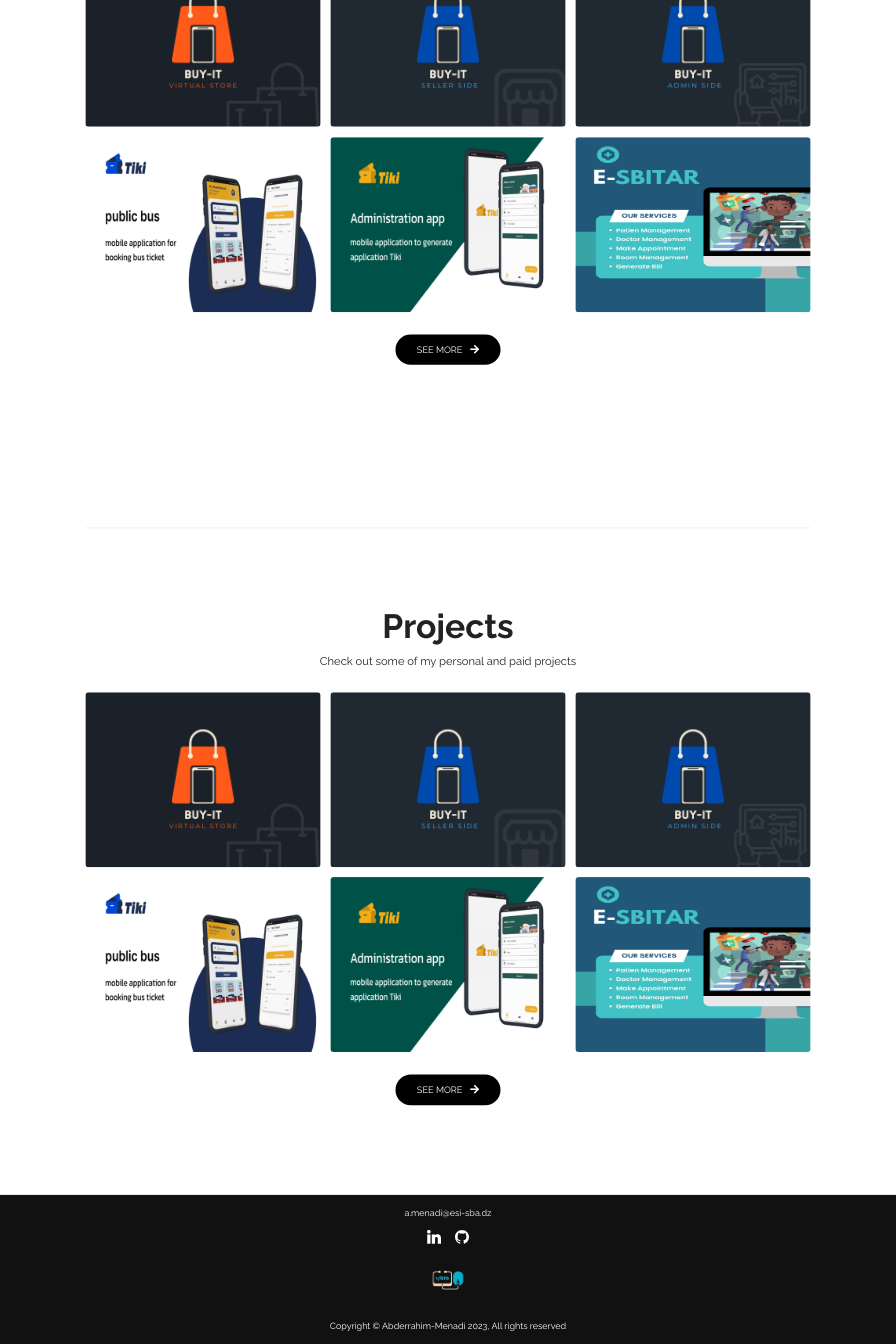
Repository: rahimmenadi/My-Website
Page: index.html
These files come from the project's save history. The page is drawn as it stood at one moment and after the next save; the edit follows.
The browser window is 1280 px wide. The pictures show the part of the page from y = 1940 to 3860 px (the page is 3860 px tall), at 70% of full size.
The page's requests for data from a server got no answer.

Above is the page before, as saved 2023-11-07 09:53:25.

### index.html
<!DOCTYPE html>
<html lang="en">
  <head>
    <meta charset="UTF-8" />
    <meta http-equiv="X-UA-Compatible" content="IE=edge" />
    <meta name="viewport" content="width=device-width, initial-scale=1.0" />
    <title>Abderrahim website</title>
    <!-- Primary Meta Tags -->


    <!-- Open Graph / Facebook -->

    <!-- Twitter -->


    <!-- Link -->
    <link
      rel="apple-touch-icon"
      sizes="180x180"

    />
    <link
      rel="icon"

    />
    <link
      rel="icon"
    />
    <link
      rel="icon"

    />
    <link
      rel="icon"
      type="image/png"
      sizes="512x512"

    />
    <link rel="icon" type="image/x-icon" style="width: 10px;" href="assets/favicon/favicon.ico" />
    <link rel="manifest" href="assets/favicon/site.webmanifest" />
    <link
      rel="stylesheet"
      href="https://use.fontawesome.com/releases/v5.15.4/css/all.css"
      integrity="sha384-DyZ88mC6Up2uqS4h/KRgHuoeGwBcD4Ng9SiP4dIRy0EXTlnuz47vAwmeGwVChigm"
      crossorigin="anonymous"
    />
    <link rel="stylesheet" href="css/style.css" />
    <link rel="stylesheet" href="css/utilities.css" />
    <link rel="stylesheet" href="css/skills.css">*
    <link rel="stylesheet" href="css/spiner.css">
  </head>
  <body>
     <div class="loader-warapper">
    <svg role="img" aria-label="Mouth and eyes come from 9:00 and rotate clockwise into position, right eye blinks, then all parts rotate and merge into 3:00" class="smiley" viewBox="0 0 128 128" width="128px" height="128px">
      <defs>
        <clipPath id="smiley-eyes">
          <circle class="smiley__eye1" cx="64" cy="64" r="8" transform="rotate(-40,64,64) translate(0,-56)" />
          <circle class="smiley__eye2" cx="64" cy="64" r="8" transform="rotate(40,64,64) translate(0,-56)" />
        </clipPath>
        <linearGradient id="smiley-grad" x1="0" y1="0" x2="0" y2="1">
          <stop offset="0%" stop-color="#000" />
          <stop offset="100%" stop-color="#fff" />
        </linearGradient>
        <mask id="smiley-mask">
          <rect x="0" y="0" width="128" height="128" fill="url(#smiley-grad)" />
        </mask>
      </defs>
      <g stroke-linecap="round" stroke-width="12" stroke-dasharray="175.93 351.86">
        <g>
          <rect fill="hsl(193,90%,50%)" width="128" height="64" clip-path="url(#smiley-eyes)" />
          <g fill="none" stroke="hsl(193,90%,50%)">
            <circle class="smiley__mouth1" cx="64" cy="64" r="56" transform="rotate(180,64,64)" />
            <circle class="smiley__mouth2" cx="64" cy="64" r="56" transform="rotate(0,64,64)" />
          </g>
        </g>
        <g mask="url(#smiley-mask)">
          <rect fill="hsl(223,90%,50%)" width="128" height="64" clip-path="url(#smiley-eyes)" />
          <g fill="none" stroke="hsl(223,90%,50%)">
            <circle class="smiley__mouth1" cx="64" cy="64" r="56" transform="rotate(180,64,64)" />
            <circle class="smiley__mouth2" cx="64" cy="64" r="56" transform="rotate(0,64,64)" />
          </g>
        </g>
      </g>
    </svg>
    <div class="lottie-player">
      <script src="https://unpkg.com/@lottiefiles/lottie-player@latest/dist/lottie-player.js"></script>
      <lottie-player src="https://assets10.lottiefiles.com/packages/lf20_5s1rumi5.json" background="transparent" speed="2.35" style="width: 250px; height: 300px;" loop autoplay></lottie-player>
    </div>

  </div>
    <header id="hero">
      <!-- Navbar -->
      <nav class="navbar">
        <div class="container">
          <!-- Logo -->
          <h1 id="logo">
            <a href="index.html"
              ><img src="./assets/my-logo.png" alt="Your Logo"
            /></a>
          </h1>
          <!-- Navbar links -->
          <ul class="nav-menu">
            <li><a class="nav-link" href="#projects">PROJECTS</a></li>
            <li><a class="nav-link" href="#">CONTACT</a></li>
            <li><a class="nav-link" href="#">BlOG</a></li>
            <li>
              <a
                class="nav-link btn btn-primary"
                href="https://drive.google.com/file/d/17N6exdY6zeIP8P_hAs873j1iEnbZUKpu/view?usp=drive_link"
                >RESUME <i class="fas fa-arrow-right"></i
              ></a>
            </li>

            <!-- Toggle switch -->
            <div class="theme-switch">
              <input type="checkbox" id="switch" />
              <label class="toggle-icons" for="switch">
                <img class="moon" src="assets/moon.svg" />
                <img class="sun" src="assets/sun.svg" />
              </label>
            </div>
            <!-- Hamburger menu -->
          </ul>
          <div class="hamburger">
            <span class="bar"></span>
            <span class="bar"></span>
            <span class="bar"></span>
          </div>
        </div>
      </nav>

      <section class="header-container">
        <img
          class="profile-image"
          src="assets/profile.jpg"
          alt=""
        />
        <h1>Hi I'm Abderrahim Menadi <span class="wave">👋</span></h1>

        <div class="content-text">
          <h2>About Me</h2>
          <h2>Junior Front-End Web Developer.</h2>

          <p>
            I’m a Frontend Developer with a strong understanding of Responsive Web Design
             and have demonstrated past work experience working in the frontend development industry.
          </p>
        </div>
        <a
                class="nav-link btn btn-primary"
                href="https://linktr.ee/abderrahimmeandi"
                >Connect With Me <i class="fas fa-arrow-right"></i
              ></a>





      </section>
    </header>
    <section id="projectsskills" class="project-container container">
      <div class="division"></div>
      <div class="content-text">
        <h2>Skills</h2>
        <p>Check out some of my Skills And Tools That i use</p>
      </div>
 <article class="project1">

        <!-- Project 1 -->
        <div class="content">
          <div class="profile-skills">
            <div>
              <input type="checkbox" id="sk1">
              <label for="sk1"></label>
              <ul class="skills skills1">
                <li class="sk-cms"><span>HTML</span></li>
                <li class="sk-dtb"><span>CSS</span></li>
                <li class="sk-dis"><span>JS</span></li>
                <li class="sk-pro"><span>Java</span></li>
                <li class="sk-ani"><span>SQL</span></li>
                <li class="more">
                  <input type="checkbox" id="more-con"><label for="more-con"></label>
                  <div><span>RWD</span><span>Animation</span><span>CHARTS</span><span>API</span><span>BE Linker</span><span>BDD</span></div>
                </li>
              </ul>
            </div>
            <div>
            <input type="checkbox" id="sk2">
            <label for="sk2"></label>
            <ul class="skills skills2">
              <li class="sk-gim"><span>VS-code</span></li>
              <li class="sk-not"><span>Android Studio</span></li>
              <li class="sk-wor"><span>Github</span></li>
              <li class="sk-tri"><span>figma</span></li>
              <li class="sk-ado"><span>MySQL Workbench</span></li>

              <li class="more">
                <input type="checkbox" id="more-pro"><label for="more-pro"></label>
                <div><span>GIT</span><span>Firebase</span><span>IntelliJ IDEA</span><span>Visual paradigm</span></div>
              </li>
            </ul>
            </div>

        </div>
      </article>


    </section>

    <!-- Projects -->
    <section id="projects" class="project-container container">
      <div class="division"></div>
      <div class="content-text">
        <h2>Projects</h2>
        <p>Check out some of my personal and paid projects</p>
      </div>

      <article class="project">
        <!-- Project 1 -->
        <div href="" class="card">
          <div class="project-info">
            <div class="project-bio">
              <h3>Buy-it</h3>
              <p>HTML, CSS, SASS, JS, Node-JS</p>
            </div>

            <div class="project-link">
              <a href="https://github.com/rahimmenadi/projectx" target="_blank"><i class="fab fa-github"></i></a>
              <a href="https://buy-it-client.pages.dev/" target="_blank"><i class="fas fa-globe"></i></a>
            </div>
          </div>
        </div>

        <!-- Project 2 -->
        <div href="" class="card">
          <div class="project-info">
            <div class="project-bio">
              <h3>Buy-it Seller Side</h3>
              <p>HTML, CSS, SASS, JS, Node-JS</p>
            </div>

            <div class="project-link">
              <a href="https://github.com/rahimmenadi/projectx" target="_blank"><i class="fab fa-github"></i></a>
              <a href="#" target="_blank"><i class="fas fa-globe"></i></a>
            </div>
          </div>
        </div>

        <!-- Porject 3 -->
        <div href="" class="card">
          <div class="project-info">
            <div class="project-bio">
              <h3>Buy-it Admin Side</h3>
              <p>HTML, CSS, SASS, JS, Node-JS</p>
            </div>

            <div class="project-link">
              <a href="https://github.com/rahimmenadi/projectx" target="_blank"><i class="fab fa-github"></i></a>
              <a href="#" target="_blank"><i class="fas fa-globe"></i></a>
            </div>
          </div>
        </div>

        <!-- Project 4 -->
        <div href="" class="card">
          <div class="project-info">
            <div class="project-bio">
              <h3>Tiki</h3>
              <p>Java,  Firebase</p>
            </div>

            <div class="project-link">
              <a href="https://github.com/rahimmenadi/Tiki" target="_blank"><i class="fab fa-github"></i></a>
              <a href="https://mega.nz/file/mu5gybiB#gw8IHSz2v9bFG0ZwwQFL_AMZv8WIdCRUhiW0hA_XVq8" target="_blank"><i class="fas fa-globe"></i></a>
            </div>
          </div>
        </div>

        <!-- Project 5 -->
        <div href="" class="card">
          <div class="project-info">
            <div class="project-bio">
              <h3>Tiki Admin</h3>
              <p>Java,  Firebase</p>
            </div>

            <div class="project-link">
              <a href="https://github.com/rahimmenadi/Tiki" target="_blank"><i class="fab fa-github"></i></a>
              <a href="https://mega.nz/file/K7xAAYyK#4BQzPwOJpC8L00cKX2bVBURrUfcqUJ3T-dvLVdOQe9E" target="_blank"><i class="fas fa-globe"></i></a>
            </div>
          </div>
        </div>

        <!-- Project 6 -->
        <div href="" class="card">
          <div class="project-info">
            <div class="project-bio">
              <h3>E-sbitar</h3>
              <p>JavaFX, CSS, SQL</p>
            </div>

            <div class="project-link">
              <a href="https://github.com/rahimmenadi/E-SBITAR" target="_blank"><i class="fab fa-github"></i></a>
              <a href="https://drive.google.com/drive/folders/1nvo8g8NKInz3Hvw1Pheuo8E3XhV_Ej0T?usp=drive_link" target="_blank"><i class="fas fa-globe"></i></a>
            </div>
          </div>
        </div>
      </article>

      <a href="https://github.com/rahimmenadi" class="btn btn-secondary"
        target="_blank" >See More <i class="fas fa-arrow-right"></i
      ></a>
    </section>
     <!-- Projects -->
     <section id="projects" class="project-container container">
      <div class="division"></div>
      <div class="content-text">
        <h2>Projects</h2>
        <p>Check out some of my personal and paid projects</p>
      </div>

      <article class="project">
        <!-- Project 1 -->
        <div href="" class="card">
          <div class="project-info">
            <div class="project-bio">
              <h3>Buy-it</h3>
              <p>HTML, CSS, SASS, JS, Node-JS</p>
            </div>

            <div class="project-link">
              <a href="https://github.com/rahimmenadi/projectx" target="_blank"><i class="fab fa-github"></i></a>
              <a href="https://buy-it-client.pages.dev/" target="_blank"><i class="fas fa-globe"></i></a>
            </div>
          </div>
        </div>

        <!-- Project 2 -->
        <div href="" class="card">
          <div class="project-info">
            <div class="project-bio">
              <h3>Buy-it Seller Side</h3>
              <p>HTML, CSS, SASS, JS, Node-JS</p>
            </div>

            <div class="project-link">
              <a href="https://github.com/rahimmenadi/projectx" target="_blank"><i class="fab fa-github"></i></a>
              <a href="#" target="_blank"><i class="fas fa-globe"></i></a>
            </div>
          </div>
        </div>

        <!-- Porject 3 -->
        <div href="" class="card">
          <div class="project-info">
            <div class="project-bio">
              <h3>Buy-it Admin Side</h3>
              <p>HTML, CSS, SASS, JS, Node-JS</p>
            </div>

            <div class="project-link">
              <a href="https://github.com/rahimmenadi/projectx" target="_blank"><i class="fab fa-github"></i></a>
              <a href="#" target="_blank"><i class="fas fa-globe"></i></a>
            </div>
          </div>
        </div>

        <!-- Project 4 -->
        <div href="" class="card">
          <div class="project-info">
            <div class="project-bio">
              <h3>Tiki</h3>
              <p>Java,  Firebase</p>
            </div>

            <div class="project-link">
              <a href="https://github.com/rahimmenadi/Tiki" target="_blank"><i class="fab fa-github"></i></a>
              <a href="https://mega.nz/file/mu5gybiB#gw8IHSz2v9bFG0ZwwQFL_AMZv8WIdCRUhiW0hA_XVq8" target="_blank"><i class="fas fa-globe"></i></a>
            </div>
          </div>
        </div>

        <!-- Project 5 -->
        <div href="" class="card">
          <div class="project-info">
            <div class="project-bio">
              <h3>Tiki Admin</h3>
              <p>Java,  Firebase</p>
            </div>

            <div class="project-link">
              <a href="https://github.com/rahimmenadi/Tiki" target="_blank"><i class="fab fa-github"></i></a>
              <a href="https://mega.nz/file/K7xAAYyK#4BQzPwOJpC8L00cKX2bVBURrUfcqUJ3T-dvLVdOQe9E" target="_blank"><i class="fas fa-globe"></i></a>
            </div>
          </div>
        </div>

        <!-- Project 6 -->
        <div href="" class="card">
          <div class="project-info">
            <div class="project-bio">
              <h3>E-sbitar</h3>
              <p>JavaFX, CSS, SQL</p>
            </div>

            <div class="project-link">
              <a href="https://github.com/rahimmenadi/E-SBITAR" target="_blank"><i class="fab fa-github"></i></a>
              <a href="https://drive.google.com/drive/folders/1nvo8g8NKInz3Hvw1Pheuo8E3XhV_Ej0T?usp=drive_link" target="_blank"><i class="fas fa-globe"></i></a>
            </div>
          </div>
        </div>
      </article>

      <a href="https://github.com/rahimmenadi" class="btn btn-secondary"
        target="_blank" >See More <i class="fas fa-arrow-right"></i
      ></a>
    </section>


    <footer id="footer">
      <div class="container">
        <a href="mailto:a.menadi@esi-sba.dz">a.menadi@esi-sba.dz</a>
        <!-- Social links -->
        <div class="social">

          <a href="https://www.linkedin.com/in/abderrahim-menadi/" target="_blank"
            ><img src="./assets/linkedin-icon.svg" alt="Linkedin"
          /></a>
          <a href="https://github.com/rahimmenadi" target="_blank"><img src="./assets/github-icon.svg" alt="GitHub" /></a>

        </div>
        <!-- Attribution -->
        <div class="attribution">

            <img
              src="/assets/my-logo.png"
              alt="attribution"
              width="80px"

            />

        </div>
        <p>Copyright &copy; Abderrahim-Menadi <span id="datee"></span>, All rights reserved</p>
      </div>
    </footer>
    <script src="https://code.jquery.com/jquery-3.6.0.min.js"></script>

    <script src="js/script.js"></script>
    <script>
      setTimeout(function(){
        $('.loader-warapper').fadeToggle();

      },2700);
    </script>

  </body>
</html>

### css/utilities.css
/* ?This is where reusable styling of this template will be.
   !Will contain things like:
   * Button styling
   * Background color styling
   * padding and margin
*/

.container {
  max-width: var(--width-medium);
  margin: 0 auto;
  padding: 1rem 2rem;
}

h1::selection,
h2::selection {
  color: #111;
  background: var(--primary-color);
}

/* Buttons */
.btn {
  display: inline-block;
  padding: 0.75rem 1.9rem;
  border-radius: 30px;
  text-transform: uppercase;
  font-size: 0.82rem;
  transition: 0.3s;
}


.btn-primary {
  background: var(--primary-color);
  color: #000000;
  font-weight:700 ;
}

.btn-secondary {
  margin: 5px 0;
  background-color: var(--bg-secondary);
  color: var(--bg-primary);
}

/* add hover to resume button */
.btn-primary:hover {
  background: var(--secondary-color);
}


/* Dark mode toggle */
#switch {
  display: none;
}

.toggle-icons {
  display: flex;
  justify-content: space-between;
  align-items: center;
  cursor: pointer;
}

.toggle-icons > img {
  transition: 0.6s cubic-bezier(0.23, 1, 0.32, 1);
  width: 30px;
}

.moon {
  transform: rotate(10deg);
}

#switch:checked + .toggle-icons .moon {
  transform: rotate(250deg);
}

#switch:checked + .toggle-icons .sun {
  transform: rotate(100deg);
}

/* Header Container */
.header-container {
  display: flex;
  flex-direction: column;
  align-items: center;
  justify-content: center;
  margin-top: 8rem;
  padding: 1rem;
}

.header-container > div {
  margin-top: 1rem;
}

.content-text {
  text-align: center;
  margin: 1.5rem 0;
}

.content-text h2 {
  font-size: 3rem;
  line-height: 1.2;
  transition: 0.2s ease-in-out;
}

.content-text p {
  padding: 0.5rem;
  margin: 0 auto;
  max-width: 700px;
}

/* Project cards */
.card {
  padding: 1rem;
  background: var(--card-background);
  color: #ffffff;
  border-radius: 5px;
  transition: 0.4s ease-in-out;
  cursor: pointer;
}

.card a {
  color: #ffffff;
  transition: 0.25s ease-in-out;
  font-size: 1.1rem;
  margin-right: 0.3rem;
}

.card a:hover {
  color: var(--primary-color);
}

.card:hover {
  box-shadow: inset 0 100px 1000px 10px rgba(0, 0, 0, 0.8);
}

.card:hover .project-info {
  opacity: 1;
}

/* Project Images */

/* project 1 */
.card:nth-child(1) {

  background: url(../assets/project/buy-it.png) center center/cover;
}

/* Project 2 */
.card:nth-child(2) {
  background: url(../assets/project/seller-it.png) center center/cover;
}

/* Project 3 */
.card:nth-child(3) {
  background: url(../assets/project/admin-it.png) center center/cover

}

/* Project 4 */
.card:nth-child(4) {
  background: url(../assets/project/tkiii.png) center center/cover;
}

/* Project 5 */
.card:nth-child(5) {
  background: url(../assets/project/tiki-admin3.png) center center/cover;
}

/* Project 6 */
.card:nth-child(6) {
  background: url(../assets/project/e-sbitar.png) center center/cover;
}

/* Media Queries */
@media (max-width: 768px) {
  .header-container {
    margin-top: 7rem;
    text-align: center;
  }

  .content-text h2 {
    font-size: 2.5rem;
  }
}

### css/spiner.css

.loader-warapper{
    width: 100%;
    height: 100%;
    position: absolute;

    top: 0;
    left: 0;
    background-color: white;
    z-index: 999999999999;
    display: flex;
    justify-content: center;
    flex-direction: column;
    align-items: center;
}


.lottie-player {
    display: flex;
    justify-content: center;
    align-items: center;
    width: 220px;
    height: 300px;
    /* Add any other styling for the Lottie player */
  }

:root {
	--hue: 223;
	--bg: hsl(var(--hue),90%,90%);
	--fg: hsl(var(--hue),90%,10%);
	--trans-dur: 0.3s;

}

.smiley {
	width: 8em;
	height: 8em;

}
.smiley__eye1,
.smiley__eye2,
.smiley__mouth1,
.smiley__mouth2 {
	animation: eye1 3s ease-in-out infinite;
}
.smiley__eye1,
.smiley__eye2 {
	transform-origin: 64px 64px;
}
.smiley__eye2 {
	animation-name: eye2;
}
.smiley__mouth1 {
	animation-name: mouth1;
}
.smiley__mouth2 {
	animation-name: mouth2;
	visibility: hidden;
}

/* Dark theme */
@media (prefers-color-scheme: dark) {
	:root {
		--bg: hsl(var(--hue),90%,10%);
		--fg: hsl(var(--hue),90%,90%);
	}
}

/* Animations */
@keyframes eye1 {
	from {
		transform: rotate(-260deg) translate(0,-56px);
	}
	50%,
	60% {
		animation-timing-function: cubic-bezier(0.17,0,0.58,1);
		transform: rotate(-40deg) translate(0,-56px) scale(1);
	}
	to {
		transform: rotate(225deg) translate(0,-56px) scale(0.35);
	}
}
@keyframes eye2 {
	from {
		transform: rotate(-260deg) translate(0,-56px);
	}
	50% {
		transform: rotate(40deg) translate(0,-56px) rotate(-40deg) scale(1);
	}
	52.5% {
		transform: rotate(40deg) translate(0,-56px) rotate(-40deg) scale(1,0);
	}
	55%,
	70% {
		animation-timing-function: cubic-bezier(0,0,0.28,1);
		transform: rotate(40deg) translate(0,-56px) rotate(-40deg) scale(1);
	}
	to {
		transform: rotate(150deg) translate(0,-56px) scale(0.4);
	}
}
@keyframes eyeBlink {
	from,
	25%,
	75%,
	to {
		transform: scaleY(1);
	}
	50% {
		transform: scaleY(0);
	}
}
@keyframes mouth1 {
	from {
		animation-timing-function: ease-in;
		stroke-dasharray: 0 351.86;
		stroke-dashoffset: 0;
	}
	25% {
		animation-timing-function: ease-out;
		stroke-dasharray: 175.93 351.86;
		stroke-dashoffset: 0;
	}
	50% {
		animation-timing-function: steps(1,start);
		stroke-dasharray: 175.93 351.86;
		stroke-dashoffset: -175.93;
		visibility: visible;
	}
	75%,
	to {
		visibility: hidden;
	}
}
@keyframes mouth2 {
	from {
		animation-timing-function: steps(1,end);
		visibility: hidden;
	}
	50% {
		animation-timing-function: ease-in-out;
		visibility: visible;
		stroke-dashoffset: 0;
	}
	to {
		stroke-dashoffset: -351.86;
	}
}

Loaded but not shown: js/script.js (68 lines, source omitted); css/skills.css (573 lines, source omitted); css/style.css (385 lines, source omitted)

After the next save:
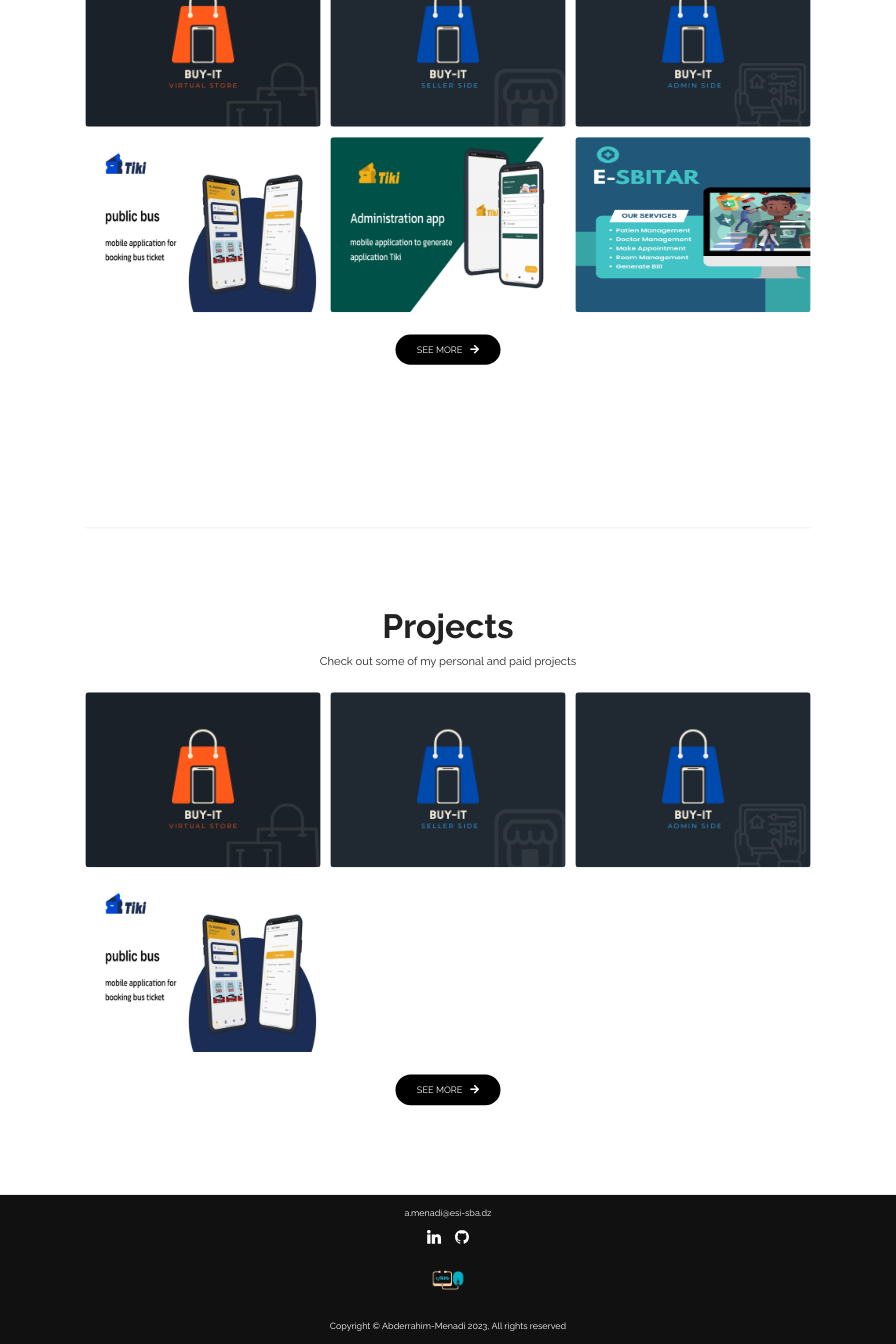
Saved 29 s later.
--- a/index.html
+++ b/index.html
@@ -380,35 +380,7 @@
           </div>
         </div>
 
-        <!-- Project 5 -->
-        <div href="" class="card">
-          <div class="project-info">
-            <div class="project-bio">
-              <h3>Tiki Admin</h3>
-              <p>Java,  Firebase</p>
-            </div>
-
-            <div class="project-link">
-              <a href="https://github.com/rahimmenadi/Tiki" target="_blank"><i class="fab fa-github"></i></a>
-              <a href="https://mega.nz/file/K7xAAYyK#4BQzPwOJpC8L00cKX2bVBURrUfcqUJ3T-dvLVdOQe9E" target="_blank"><i class="fas fa-globe"></i></a>
-            </div>
-          </div>
-        </div>
-
-        <!-- Project 6 -->
-        <div href="" class="card">
-          <div class="project-info">
-            <div class="project-bio">
-              <h3>E-sbitar</h3>
-              <p>JavaFX, CSS, SQL</p>
-            </div>
-
-            <div class="project-link">
-              <a href="https://github.com/rahimmenadi/E-SBITAR" target="_blank"><i class="fab fa-github"></i></a>
-              <a href="https://drive.google.com/drive/folders/1nvo8g8NKInz3Hvw1Pheuo8E3XhV_Ej0T?usp=drive_link" target="_blank"><i class="fas fa-globe"></i></a>
-            </div>
-          </div>
-        </div>
+
       </article>
 
       <a href="https://github.com/rahimmenadi" class="btn btn-secondary"
